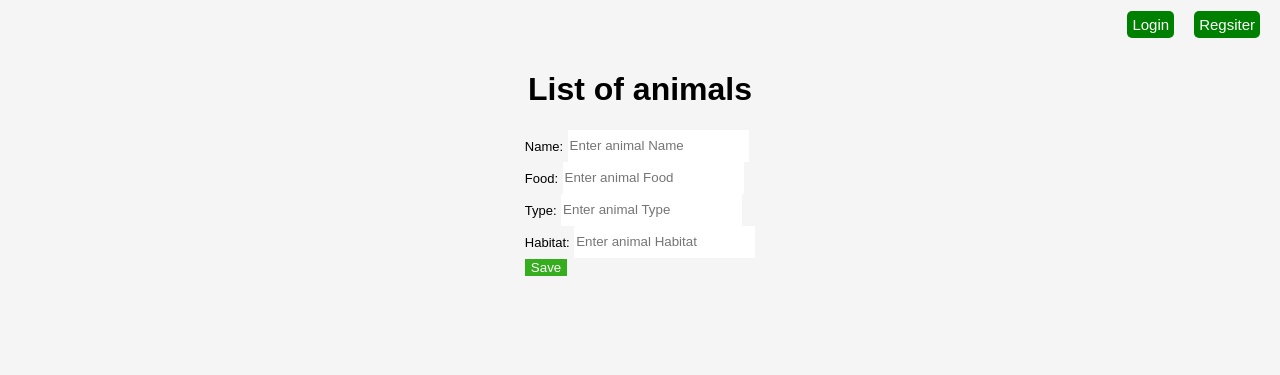
Repository: Dennis-star1001/PHP-CRUD
Page: http://localhost/
An editor plug-in stored every save of this project. The page is shown before and after the next save, followed by the edit.
The browser window is 1280 px wide. The pictures show the whole page.
The page is run by PHP 8.4 with error messages shown; the project is at /var/www/html/.

Above is the page before, as saved 2022-07-05 22:58:24.

### index.php
<!DOCTYPE html>
<html lang="en">

<head>
    <meta charset="UTF-8">
    <meta http-equiv="X-UA-Compatible" content="IE=edge">
    <meta name="viewport" content="width=device-width, initial-scale=1.0">
    <link rel="stylesheet" href="style.css">

    <title>Document</title>
</head>

<body>
    <nav>
        <ul class="nav-links">
            <li><a href="login.php">Login</a></li>
            <li><a href="register.php">Regsiter</a></li>
        </ul>
    </nav>

    <div class="main-animal">
        <h1>List of animals</h1>
        <form method="POST" action="index.php">
            <div>
                <label for="name">Name:</label>
                <input type="text" placeholder="Enter animal Name" name='name'>
            </div>

            <div>
                <label for="name">Food:</label>
                <input type="text" placeholder="Enter animal Food" name='food'>
            </div>

            <div>
                <label for="name">Type:</label>
                <input type="text" placeholder="Enter animal Type" name='type'>
            </div>


            <div>
                <label for="name">Habitat:</label>
                <input type="text" placeholder="Enter animal Habitat" name='habitat'>
            </div>

            <button type='submit' value="Save" class="submit">Save</button>
        </form>

    </div>
</body>

</html>

### style.css
body {
    margin: 0px;
    font-family: sans-serif;
    background-color: whitesmoke;
}

.title{

    text-align: center;

}

.container{
    display: flex;
    justify-content: center;
    align-items: center;
    height: 100vh;
}
.left{
    display: flex;
    flex-direction: column;
    width: 20%;
    /* border: 1px solid black; */
    box-shadow: 0 2px 5px gray;
    border-radius: 10px;
    padding: 20px;
    gap: 10px;
}
.input-field{
    display: flex;
    flex-direction: column;
}
input{
    height: 30px;
    border: none;

}
input:focus{
    outline: none;
    border-bottom: 1px solid gray;
}
label{
    font-size: 13px;
}
.submit{
    background-color: rgb(54, 173, 30);
    border: none;
    color: white;
}
.error {
    height: 5%;
    width: 100%;
    background-color: pink;
    color: red;
    font-family: sans-serif;
    display: flex;
    justify-content: center;
    align-items: center;
    font-size: 15px;
}

.success {
    height: 10%;
    width: 100%;
    background-color: lightgreen;
    color: green;
    font-family: sans-serif;
    display: flex;
    justify-content: center;
    align-items: center;
    font-size: 15px;
}
p{
    font-size: 11px;
    text-align: center;
}
.nav-links{
    display: flex;
    list-style: none;
    justify-content: right;
    padding-right: 10px;

}

.nav-links li a{
    padding: 5px;
    border-radius: 5px;
    margin: 5px 10px;
    font-size: 15px;
    text-decoration: none;
    color: white;
    background-color: green;
}
.main-animal{
    display: flex;
    justify-content: center;
    flex-direction: column;
    align-items: center;
}

After the next save:
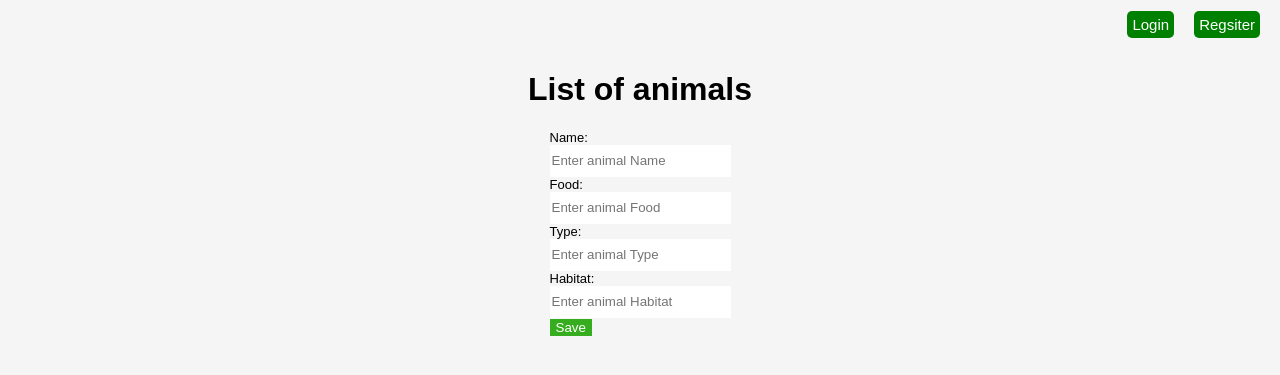
Saved 32 s later.
--- a/index.php
+++ b/index.php
@@ -21,23 +21,23 @@
     <div class="main-animal">
         <h1>List of animals</h1>
         <form method="POST" action="index.php">
-            <div>
+            <div  class="input-field">
                 <label for="name">Name:</label>
                 <input type="text" placeholder="Enter animal Name" name='name'>
             </div>
 
-            <div>
+            <div class="input-field">
                 <label for="name">Food:</label>
                 <input type="text" placeholder="Enter animal Food" name='food'>
             </div>
 
-            <div>
+            <div class="input-field">
                 <label for="name">Type:</label>
                 <input type="text" placeholder="Enter animal Type" name='type'>
             </div>
 
 
-            <div>
+            <div class="input-field">
                 <label for="name">Habitat:</label>
                 <input type="text" placeholder="Enter animal Habitat" name='habitat'>
             </div>
